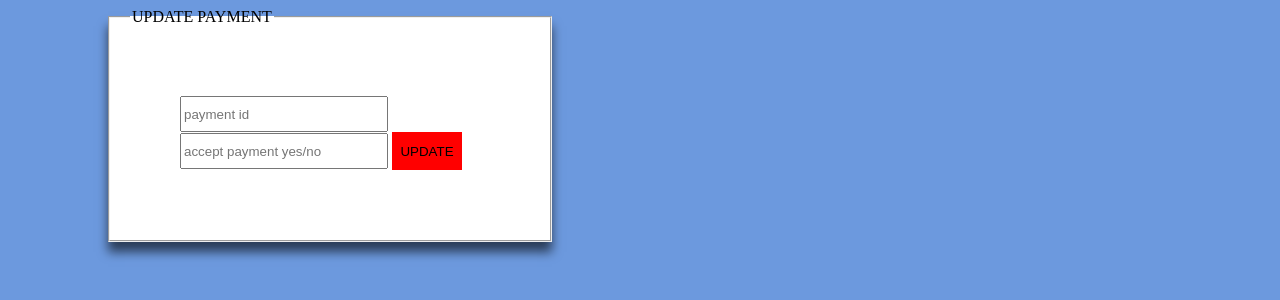
Repository: Nihara-R/Vehicle-Insurance-Portal
Page: http://localhost/paymentupdate.php
These files come from the project's save history. The page is drawn as it stood at one moment and after the next save; the edit follows.
The browser window is 1280 px wide. The pictures show the whole page.
The page is run by PHP 8.4 with error messages shown; the project is at /var/www/html/.

Above is the page before, as saved 2023-06-29 09:04:44.

After the next save:
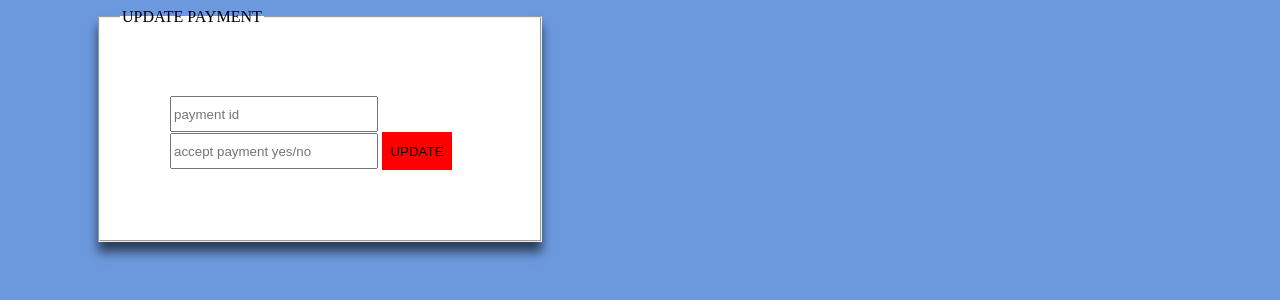
Saved 10 s later.
--- a/css/deletuser.css
+++ b/css/deletuser.css
@@ -19,7 +19,7 @@ fieldset{
   padding: 20px;
   align-items: center;
   justify-content: center;
-  margin-left: 100px;
+  margin-left: 90px;
 
   box-shadow: 0 10px 10px rgba(0,0, 0, 0.60);
   background: white;
